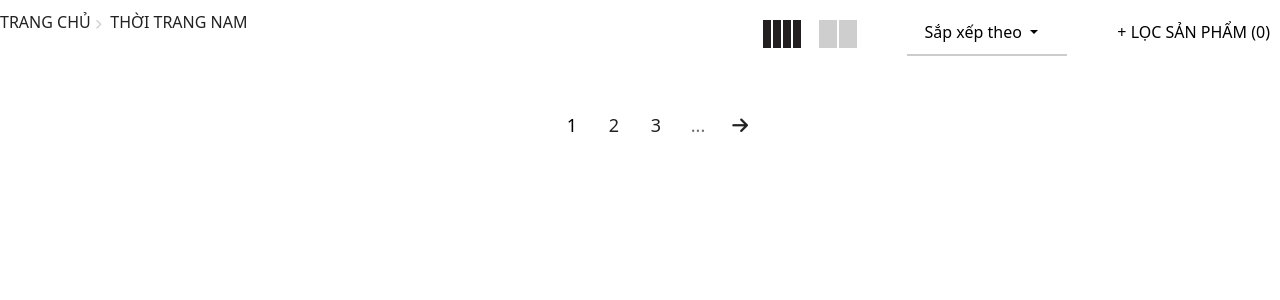
Repository: NguyenQuangQuan021099/FE_Page-Male
Page: index.html
The author's editor kept a copy of each file at every save. The page is drawn from the files as they stood at one save, then again after the next save.
The browser window is 1280 px wide. The pictures show the whole page.
The page's requests for data from a server got no answer. Some web libraries are served in a nearby version.

Above is the page before, as saved 2021-07-08 18:05:27.

### index.html
<!DOCTYPE html>
<html lang="en">
<head>
    <meta charset="UTF-8">
    <meta http-equiv="X-UA-Compatible" content="IE=edge">
    <script src="https://kit.fontawesome.com/ce2ff1d6ed.js" crossorigin="anonymous"></script>
    <link href="https://cdn.jsdelivr.net/npm/bootstrap@5.0.1/dist/css/bootstrap.min.css" rel="stylesheet" integrity="sha384-+0n0xVW2eSR5OomGNYDnhzAbDsOXxcvSN1TPprVMTNDbiYZCxYbOOl7+AMvyTG2x" crossorigin="anonymous">
    <script src="https://code.jquery.com/jquery-3.6.0.min.js" integrity="sha256-/xUj+3OJU5yExlq6GSYGSHk7tPXikynS7ogEvDej/m4=" crossorigin="anonymous"></script>
    <meta name="viewport" content="width=device-width, initial-scale=1.0">
    <link rel="stylesheet" href="style.css">
    <title>Trang Nam</title>
</head>
<body>
<div class="main">
<!-- -------------------------Begin Nav-------------------------------------------------- -->
<div class="category__product__action d-flex ">
    <div class="breadcrumbs">
        <a href="" title="Đi đến trang chủ">TRANG CHỦ</a>
        <i style="color: #ccc; font-size: 10px; margin-right: 5px; padding-bottom: 2px;" class="fas fa-chevron-right"></i>
        <span style="color: #222">THỜI TRANG NAM</span>
    </div>
    <div class="nav-2">
    <div class="toolbar__product ">
      <a href="#" class="active" title="Lưới" ></a>
      <a href="#" class="disable" title="Danh sách" ></a>
    </div>
    <!-- --------------begin dropdown ------------------>
    <div class="dropdown">
      <button class="btn btn-secondary dropdown-toggle" type="button" id="dropdownMenuButton1" data-bs-toggle="dropdown" aria-expanded="false">
        Sắp xếp theo
      </button>
      <ul class="dropdown-menu sorter" aria-labelledby="dropdownMenuButton1" .>
        <li><a class="dropdown-item" href="#">Thứ tự chữ cái A-Z</a></li>
        <li><a class="dropdown-item" href="#">Thứ tự chữ cái Z-A</a></li>
        <li><a class="dropdown-item" href="#">Giá tăng dần</a></li>
        <li><a class="dropdown-item" href="#">Giá giảm dần</a></li>
        <li><a class="dropdown-item" href="#">Sản phẩm mới nhất</a></li>
      </ul>
    </div>
    <!-- -------------------end dropdown ---------------->

    <!-------------------- begin filter---------------- -->
  <div class="filter__toggle">
    <div class="list-group">
      <button class="list-group-item list-group-item-action actived-list" aria-current="true" >
        + LỌC SẢN PHẨM (0)
      </button>
      <div class="list-select">
        <div class="list-group-item list-group-item-action reset-close">
          <button class="reset">ĐẶT LẠI</button>
          <button class="close">ĐÓNG</button>
        </div>
        <div class="filter-option-list">
          <div class="filter-option">
            <button class="list-group-item list-group-item-action btn__item actived">NHÓM
              <div class="icon">
                <i class="fas fa-plus icon-1"></i>
                <i class="fas fa-minus icon-2"></i>
              </div>
            </button>
            <div class="item__male">
              <ul class="items">
                <li class="item"> <a href="">ÁO NAM</a></li>
                <li class="item"> <a href="">QUẦN NAM</a></li>
                <li class="item"> <a href="">GIÀY DÉP NAM</a></li>
                <li class="item"> <a href="">PHỤ KIỆN THỜI TRANG NAM</a></li>
              </ul>
            </div>
          </div>

        <div class="filter-option">
          <button class="list-group-item list-group-item-action btn__item actived">KÍCH CỠ
            <div class="icon">
              <i class="fas fa-plus icon-1"></i>
              <i class="fas fa-minus icon-2"></i>
            </div>
          </button>
          <div class="item__male">
            <ul class="items items-size">

            </ul>
          </div>
        </div>
        <div class="filter-option">
          <button class="list-group-item list-group-item-action btn__item">MÀU TRANG PHỤC</button>
        </div>
        <div class="filter-option">
        <button class="list-group-item list-group-item-action btn__item">GÍA TIỀN</button>
        </div>
        </div>
      </div>
    </div>
  </div>
<!-- -------------------End filter--------------------- -->
</div>
</div>

<!-- --------------------End Nav----------------------- -->

<!-------------------Begin product--------------------- -->
<div class="product">
        <ol id="product-list-items">

        </ol>
</div>
<!-------------------End product--------------------- -->

<!-- -------------Begin pagination --------------------->
<div class="pagination ">
  <ul class="list__pag ">
    <li class="item__current"><a href="#">1</a></li>
        <li class="item"><a href="#">2</a></li>
        <li class="item"><a href="#">3</a></li>
        <li class="item"><span>...</span></li>
        <li class="item__next"><a href="#" title="Tiếp theo"><i class="fas fa-arrow-right"></i></a></li>
  </ul>
</div>
<!-- -------------End pagination ---------------------->
</div>
    <script src="./app.js"></script>
    <script src="https://cdn.jsdelivr.net/npm/@popperjs/core@2.9.2/dist/umd/popper.min.js" integrity="sha384-IQsoLXl5PILFhosVNubq5LC7Qb9DXgDA9i+tQ8Zj3iwWAwPtgFTxbJ8NT4GN1R8p" crossorigin="anonymous"></script>
    <script src="https://cdn.jsdelivr.net/npm/bootstrap@5.0.1/dist/js/bootstrap.min.js" integrity="sha384-Atwg2Pkwv9vp0ygtn1JAojH0nYbwNJLPhwyoVbhoPwBhjQPR5VtM2+xf0Uwh9KtT" crossorigin="anonymous"></script>
</body>
</html>

### style.css
*{
    margin: 0;
    padding: 0;
    box-sizing: border-box;
}

html{
    font-family: Arial, Helvetica, sans-serif;
}

a, a:hover{
    color: #222;
    text-decoration: none;
}

.category__product__action{
    margin: 10px 0 50px 0;
    position: relative;
}

.nav-2{
    display: flex;
    position: absolute;
    right: 10px;
}
.toolbar__product{
    margin-top: 10px;
}
.toolbar__product a{
    height: 28px;
    display: inline-block;
    width: 38px;
    background-repeat: no-repeat;
}

.toolbar__product .active{
    background-image: url(./img/grid4active.svg);
    padding-right: 52px;
}

.toolbar__product .disable{
    background-image: url(./img/grid2disable.svg);
}

/* Dropdown css */
.dropdown{
    margin: 0 50px;
}

.btn-secondary {
    width: 160px;
    height: 46px;
    color: black;
    background-color: white;
    border-style: none;
    border-bottom: 2px solid #ccc;
    border-radius: 0px;
    padding: 0 25px 0 13px;
}


.btn-secondary:hover{
    color: black;
    background-color: white;
    border-bottom: 1px solid #ccc;

}

.btn-check:focus+.btn-secondary, .btn-secondary:focus {
    color: black;
    background-color: #fff;
    border-color: rgb(54, 52, 52);
    box-shadow: none;
    outline: none;
}
.sorter .dropdown-item:hover {
    color: white;
    background-color: #1777f2;
}

/* End dropdown */

/*  product items css */
/* filter css */
.list-group .actived-list{
    background-color: #fff;
    border-style: none;
    color:black ;
    padding: 0;
}

.reset-close{
    width: 100%;
    padding: 20px 0 ;
    display: flex;
    justify-content: space-between;
    border-style: none;
    border-bottom: 1px solid black;
    position: relative;

}
.reset-close button{
    font-size: 18px;
    margin: 0 30px;
    border-style: none;
    background-color: #fff;
}

/* begin filter */
.filter__toggle{
    margin-top: 10px;
}

.list-select{
    width: 25.8%;
    height: 100%;
    position: fixed;
    top: 0;
    display: none;
    right: 0;
    z-index: 2;
    background-color: #fff;
    border-left: 1px solid black;
    animation: mymove ease-in-out .8s;
    transition: all 0.2s ease-in-out 0.2s;
}

.list-group-item-action:hover{
    background-color: #fff;
}

.list-select button{
   font-size: 18px;
}

.btn__item{
    padding-left: 30px;
    display: flex;
    justify-content: space-between;
}

.list-group .item__male ul li{
    list-style: none;
    padding-top: 8px;
}

.filter-option-list{
    height: 95vh;
    overflow-y: scroll;
}

.filter-option{
    border-bottom: 1px solid black;
}

.filter-option button .icon{
   display: inline-block;

}

.filter-option button .icon .icon-1{
    display: none;
}


@keyframes mymove{
    0%{
        right: -100%;
    }

    50%{
        right: -50%;
    }
    100%{
        right: 0;
    }
}

/* end filter css */
/* product items css */
.product{
     max-width: 100%;
     padding-left: 12px;
}

.product ol{
    display: flex;
    flex-wrap: wrap;
    padding-left: 0;
}

.product #product-list-items .product-items{
    width: 25%;
    list-style: none;
    margin-bottom: 30px;
}

li .renderItems  a img{
    width: 100%;
    object-fit: cover;
    padding: 3px;
}

li .renderItems  .sub__div{
    padding-top: 16px;
    display: flex;
    flex-direction: column;
}

li .renderItems .sub__div .title{
    color: #222;
    font-weight: 500;
    text-transform: uppercase;
    font-size: 12px;
    text-decoration: none;
}

li .renderItems .sub__div .price{
    opacity: 0.7;
    font-size: 16px;
    font-family: Roboto;
}

li .renderItems .sub__div a{
    position: relative;
    display: inline-block;
}

li .renderItems .sub__div .img__mini{
    width: 22px;
    height: 22px;
}

li .renderItems .sub__div a img{
    width: 100%;
    object-fit: none;
}

li .renderItems .sub__div a img:hover{
    border: 1px solid black;
}

li .renderItems .sub__div a .sub__content{
    position: absolute;
    padding: 10px 30px;
    border: 1px solid black;
    border-radius: 5px;
    background-color: #fff;
    top: -50px;
    display: none;
}

li .renderItems .sub__div a:hover .sub__content{
    display: block;
}

/* End product items */

/* Begin pagination */
.pagination{
    display: block;
}

.pagination ul{
    display: flex;
    justify-content: center;
}
.pagination ul li{
    list-style: none;
    width: 30px;
    height: 30px;
    font-size: 18px;
    color: #707070;
    margin: 12px 6px;
    text-align: center;
}

.pagination ul .item__current a{
    color: black;
}

.pagination ul li:hover a{
    background-color: #ccc;
    border-radius: 2px;
    padding: 6px 12px;
}

/* End paginaton */

/* Responsive */
/* Mobile : width < 720px */
@media only screen and (max-width: 46.1875em){

}

/* tablet : width >= 740px and width < 1024px */
@media screen and  (min-width: 360px) and (max-width: 1024px) {

    .category__product__action{
        padding: 0 20px;
        margin-bottom: 0;
    }



    .toolbar__product{
        display: none;
    }


    ol, ul {
        padding-left: 0  !important;
    }

    ol>:first-child{
      width: 100% !important;
      padding-right: 12px;
    }

    ol >:first-child .renderItems a img{
        width: 100% !important;
    }

    li{
        width: 50% !important;
        padding-right: 10px;
    }

    .pagination ul li{
        width: 30px !important;
    }

}

@media screen and  (min-width: 1024px){

}

### app.js
let itemAPI = "http://localhost:3000/items";
let sizeAPI = "http://localhost:3000/listSize";

function start() {
    getItem(renderItems);
    getSize(renderListSize);
}
start();

// lay ra item
function getItem(callback) {
    fetch(itemAPI)
    .then(function(response){
        return response.json();
    })
    .then(callback);
}

//render item
function renderItems(items){
    let listItemsBlock = document.querySelector("#product-list-items");
    let htmls = items.map(function(item){
        return `
        <li class="product-items">
            <div class="renderItems">
                <a href=""><img src="${item.image}" alt="" srcset=""></a>

                <div class="sub__div">

                    <a href="#" class="title"> ${item.title} </a> <br>

                    <span class="price">${item.price}</span> <br>

                        <a class="img__mini" href="#"> <img src="${item.miniimg}">
                            <div class="sub__content">
                                ${item.contentmini1}
                            </div>
                        </a>
                </div>
            </div>
        </li>
        `;
    });
    listItemsBlock.innerHTML = htmls.join('');
}

// render list size clothing
function getSize(callback) {
    fetch(sizeAPI)
    .then(function(response){
        return response.json();
    })
    .then(callback);
}

function renderListSize(listSize){
    let listSizeBlock = document.querySelector(".items-size");
    console.log(listSizeBlock);
    let htmls = listSize.map(function(size){
        return `
            <li class="item"> <a href=""> ${size.sizeClothing}</a></li>
        `;
    });
    listSizeBlock.innerHTML = htmls.join('');
    console.log(htmls);
}


// $('.show-hide').on("click", function(e){
//     $(this).find('.hide').css("display", "none");
//     $(this).find('.show').css("display", "block");
//     e.preventDefault();
// })


// filter actions
$('.actived-list, .close').on("click", function(){
    $(this).parent('.list-group').find('.list-select').toggle();
    $(this).parents('.list-select').toggle();

})

$('.actived, .not-actived').on("click", function(){
    $(this).find('.icon-1').toggle();
    $(this).find('.icon-2').toggle();
    $(this).parent('.filter-option').find('.item__male').toggle();
        if ($(this).hasClass('actived')) {
            $(this).removeClass('actived').addClass('not-actived');
        } else {
                $(this).removeClass('not-actived').addClass('actived');
        }
})


$('.reset').on("click", function(){
   $(this).parents('.list-select').find('.item__male').show();
   $(this).parents('.list-select').find('.icon-1').hide();
   $(this).parents('.list-select').find('.icon-2').show();
})

After the next save:
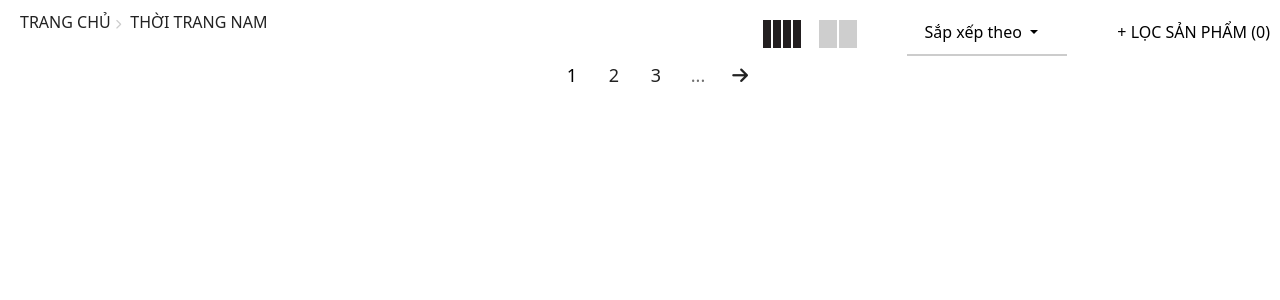
Saved 13 s later.
--- a/style.css
+++ b/style.css
@@ -333,5 +333,9 @@
 }
 
 @media screen and  (min-width: 1024px){
-
-}
+    .category__product__action{
+        padding: 0 20px;
+        margin-bottom: 0;
+    }
+
+}

After the 3 saves that followed:
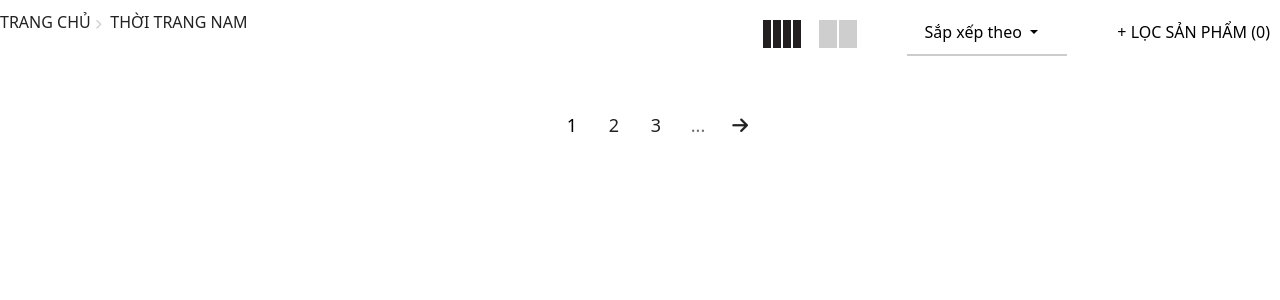
The 3 saves are shown as one change because they came seconds apart.
The last was saved 9 s later.
--- a/style.css
+++ b/style.css
@@ -334,8 +334,7 @@
 
 @media screen and  (min-width: 1024px){
     .category__product__action{
-        padding: 0 20px;
-        margin-bottom: 0;
-    }
-
-}
+        display: none;
+    }
+
+}
